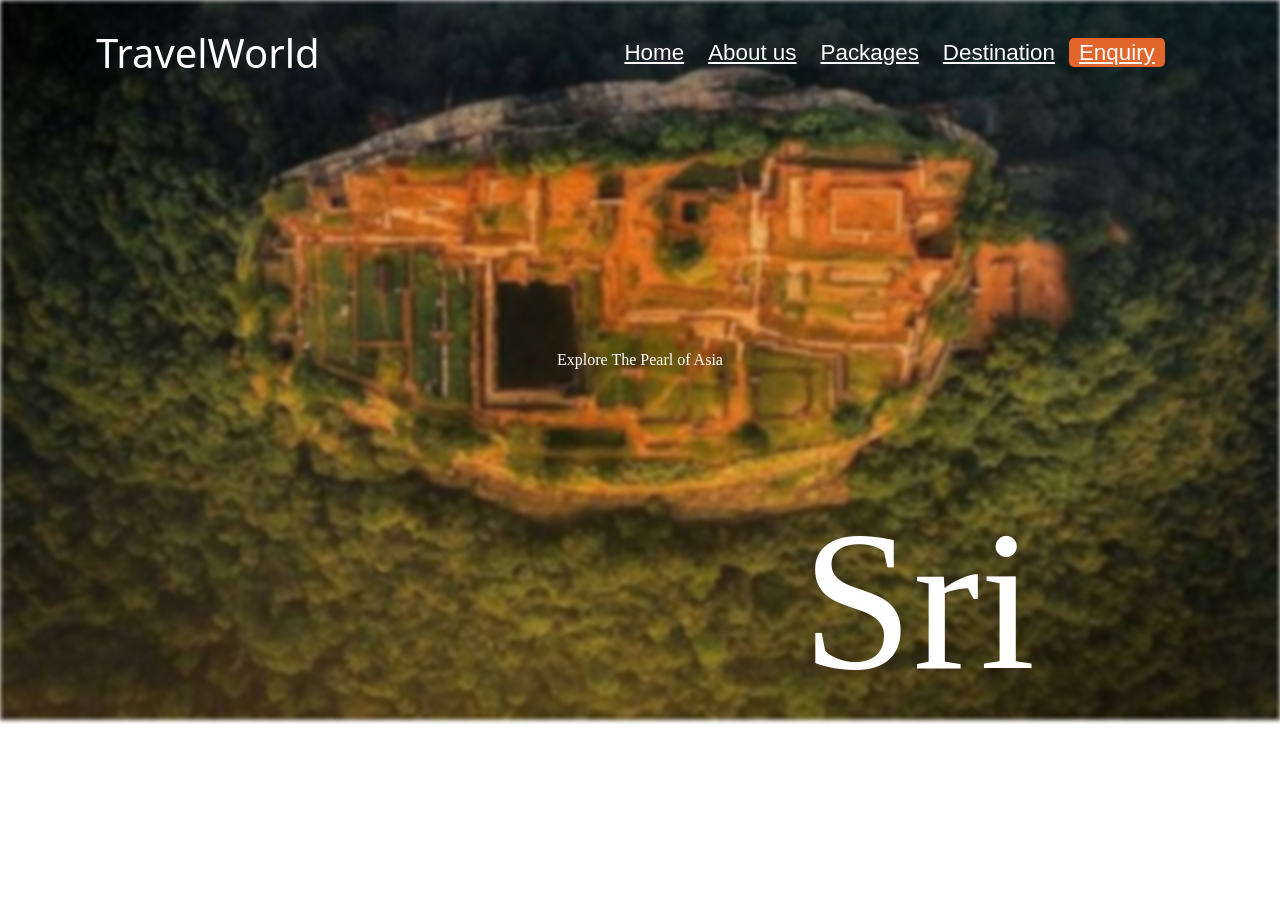
Repository: Haakim19/TavelWorld
Page: HTML/Home.html
The author's editor kept a copy of each file at every save. The page is drawn from the files as they stood at one save, then again after the next save.
The browser window is 1280 px wide. The pictures show the whole page.
Some web fonts or font styles are not loaded; a fallback is used.

Above is the page before, as saved 2024-11-02 10:44:26.

After the next save:
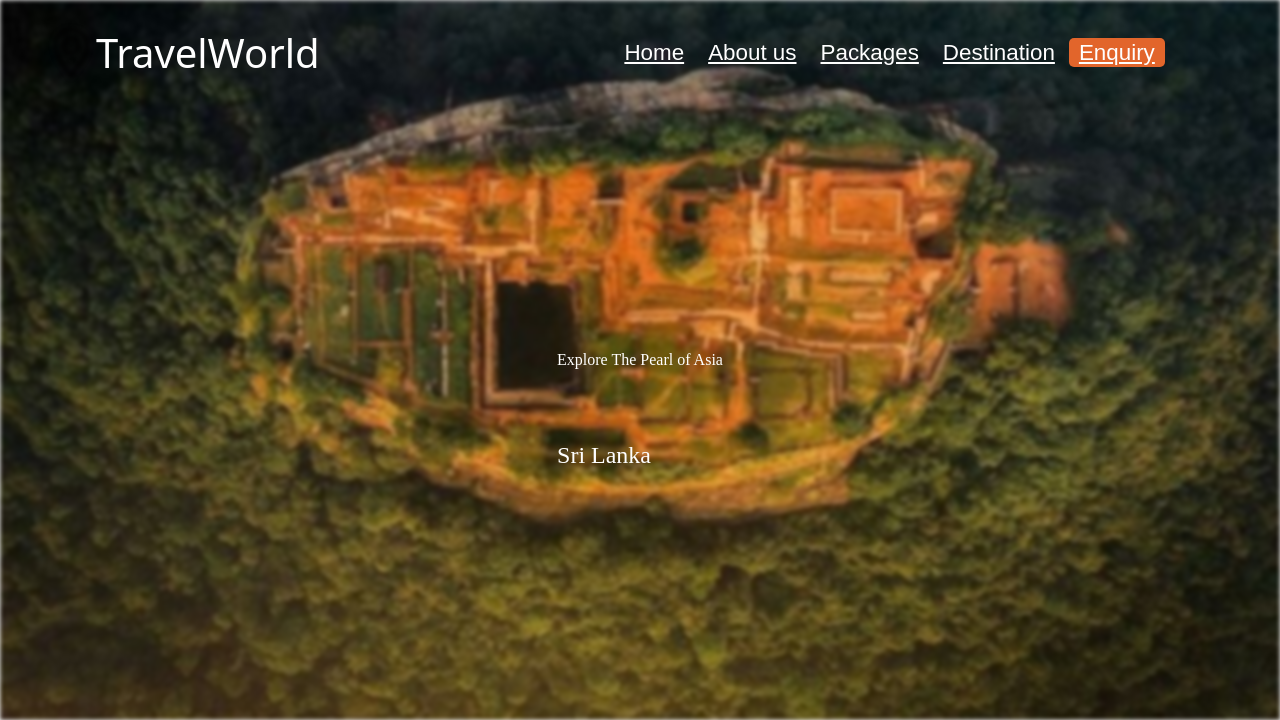
Saved 34 s later.
--- a/CSS/Navbar.css
+++ b/CSS/Navbar.css
@@ -83,8 +83,7 @@
 font-family: 'Just Another Hand';
 font-style: normal;
 font-weight: 400;
-font-size: 200px;
+/* font-size: 200px; */
 line-height: 200px;
 text-align: center;
 }
-/* Sri Lanka */

After the save that followed:
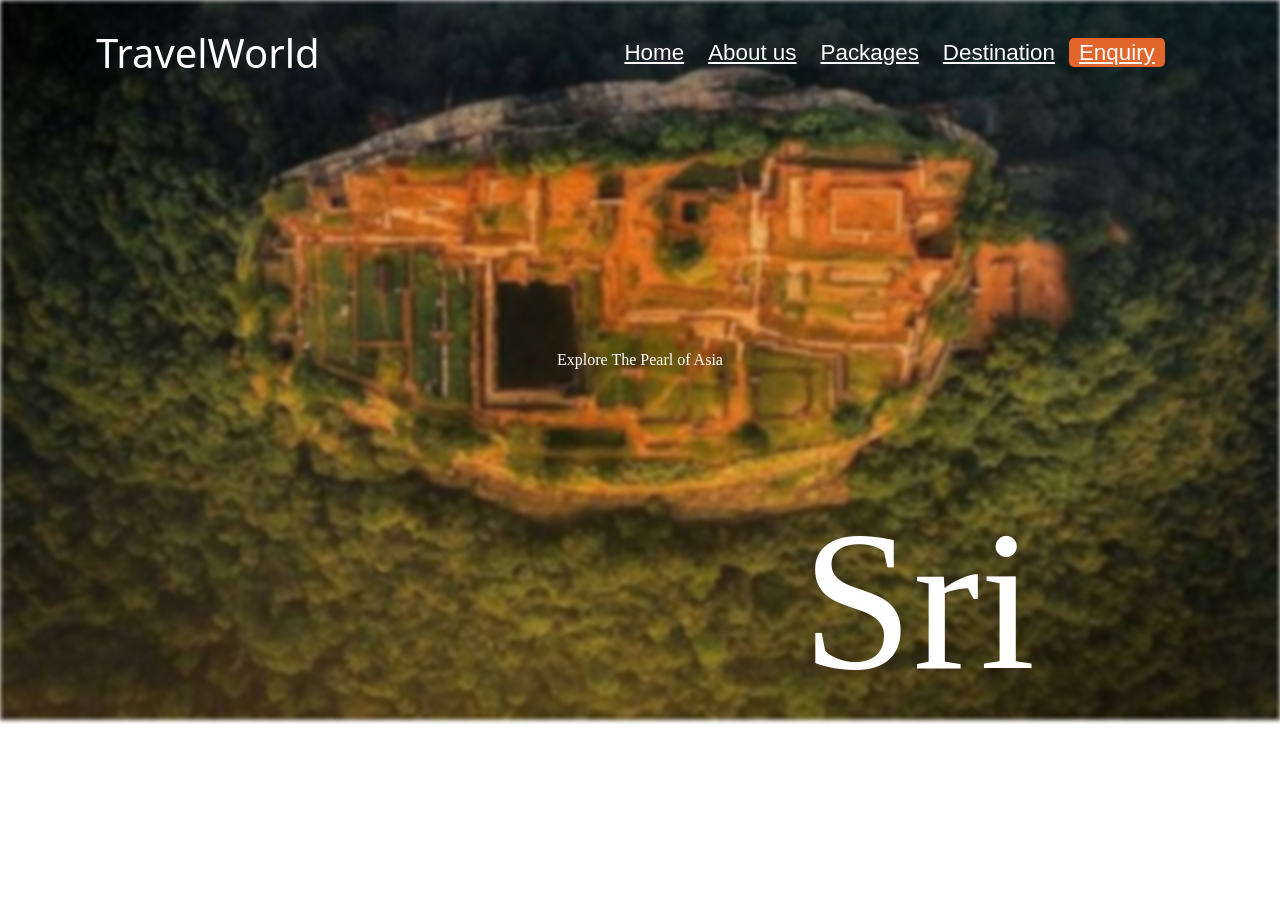
Saved 4 s later.
--- a/CSS/Navbar.css
+++ b/CSS/Navbar.css
@@ -83,7 +83,7 @@
 font-family: 'Just Another Hand';
 font-style: normal;
 font-weight: 400;
-/* font-size: 200px; */
+font-size: 200px;
 line-height: 200px;
 text-align: center;
 }
